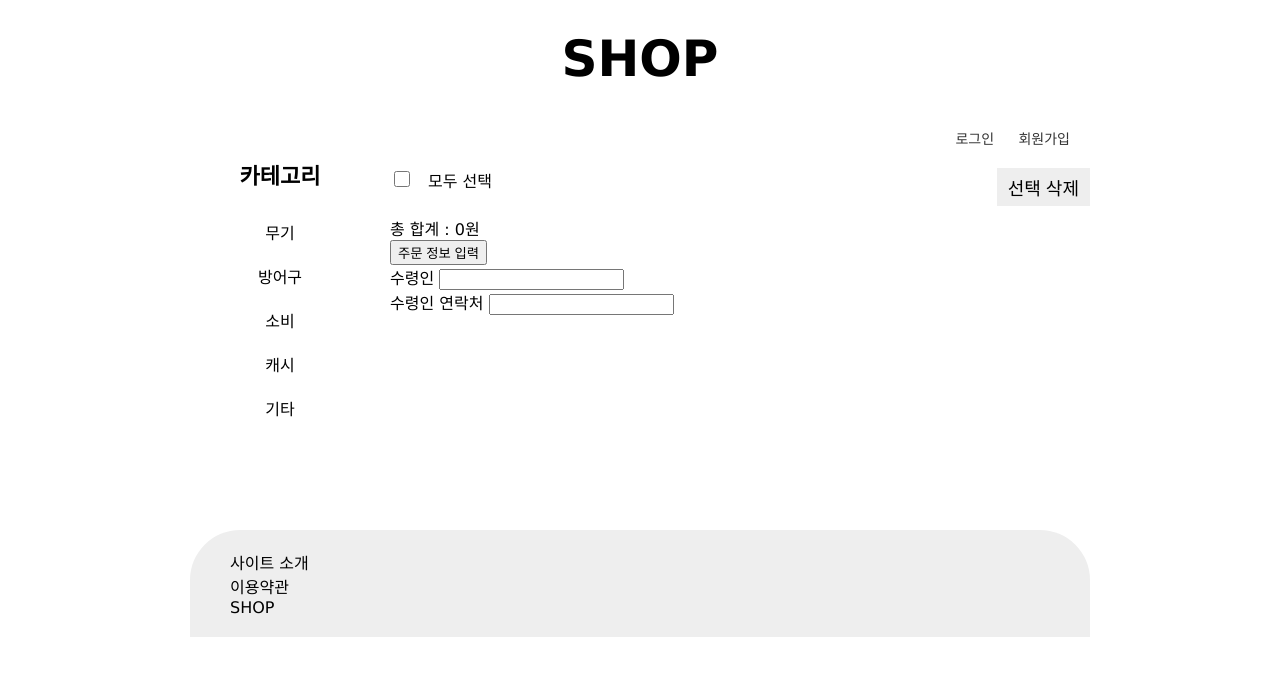
Repository: leesoonyong/shopping-mall
Page: http://localhost/shop/WEB-INF/views/shop/cartList.jsp
An editor plug-in stored every save of this project. The page is shown before and after the next save, followed by the edit.
The browser window is 1280 px wide. The pictures show the whole page.
The page is served by Tomcat 9. Nobody is signed in. Other server files are loaded and not shown. The template is opened directly, without the code that normally fills it, so the values that code supplies are empty.

Above is the page before, as saved 2020-09-15 03:02:16.

### shop/src/main/webapp/WEB-INF/views/shop/cartList.jsp
<%@ taglib uri="http://java.sun.com/jsp/jstl/core" prefix="c" %>
<%@ taglib prefix="fmt" uri="http://java.sun.com/jsp/jstl/fmt"%>
<%@ page language="java" contentType="text/html; charset=UTF-8" pageEncoding="UTF-8"%>
<!DOCTYPE html>
<html>
<head>
<meta charset="UTF-8">
<script src='https://code.jquery.com/jquery-3.3.1.min.js'></script>
<style>
body {
	margin: 0;
	padding: 0;
	font-family: '맑은 고딕', verdana;
}

a {
	color: #05f;
	text-decoration: none;
}

a:hover {
	text-decoration: underline;
}

h1, h2, h3, h4, h5, h6 {
	margin: 0;
	padding: 0;
}

ul, lo, li {
	margin: 0;
	padding: 0;
	list-style: none;
}

/* ---------- */
div#root {
	width: 900px;
	margin: 0 auto;
}

header#header {

}

nav#nav {

}

section#container {

}

section#content {
	float: right;
	width: 700px;
}

aside#aside {
	float: left;
	width: 180px;
}

section#container::after {
	content: "";
	display: block;
	clear: both;
}

footer#footer {
	background: #eee;
	padding: 20px;
}

/* ---------- */
header#header div#header_box {
	text-align: center;
	padding: 30px 0;
}

header#header div#header_box h1 {
	font-size: 50px;
}

header#header div#header_box h1 a {
	color: #000;
}

nav#nav div#nav_box {
	font-size: 14px;
	padding: 10px;
	text-align: right;
}

nav#nav div#nav_box li {
	display: inline-block;
	margin: 0 10px;
}

nav#nav div#nav_box li a {
	color: #333;
}

section#container {

}

aside#aside h3 {
	font-size: 22px;
	margin-bottom: 20px;
	text-align: center;
}

aside#aside li {
	font-size: 16px;
	text-align: center;
}

aside#aside li a {
	color: #000;
	display: block;
	padding: 10px 0;
}

aside#aside li a:hover {
	text-decoration: none;
	background: #eee;
}

footer#footer {
	margin-top: 100px;
	border-radius: 50px 50px 0 0;
}

footer#footer div#footer_box {
	padding: 0 20px;
}

aside#aside li {
	position: relative;
}

aside#aside li:hover {
	background: #eee;
}

aside#aside li>ul.low {
	display: none;
	position: absolute;
	top: 0;
	left: 180px;
}

aside#aside li:hover>ul.low {
	display: block;
}

aside#aside li:hover>ul.low li a {
	background: #eee;
	border: 1px solid #eee;
}

aside#aside li:hover>ul.low li a:hover {
	background: #fff;
}

aside#aside li>ul.low li {
	width: 180px;
}
/*
section#content ul li {
	display: inline-block;
	margin: 10px;
}

section#content div.goodsThumb img {
	width: 200px;
	height: 200px;
}

section#content div.goodsName {
	padding: 10px 0;
	text-align: center;
}

section#content div.goodsName a {
	color: #000;
}
*/
 section#content ul li { margin:10px 0; }
 section#content ul li img { width:250px; height:250px; }
 section#content ul li::after { content:""; display:block; clear:both; }
 section#content div.thumb { float:left; width:250px; }
 section#content div.gdsInfo { float:right; width:calc(100% - 270px); }
 section#content div.gdsInfo { font-size:20px; line-height:2; }
 section#content div.gdsInfo span { display:inline-block; width:100px; font-weight:bold; margin-right:10px; }
 section#content div.gdsInfo .delete { text-align:right; }
 section#content div.gdsInfo .delete button { font-size:22px;
            padding:5px 10px; border:1px solid #eee; background:#eee;}



.allCheck { float:left; width:200px; }
.allCheck input { width:16px; height:16px; }
.allCheck label { margin-left:10px; }
.delBtn { float:right;  text-align:right; }
.delBtn button { font-size:18px; padding:5px 10px; border:1px solid #eee; background:#eee;}

.checkBox { width:30px; }
.checkBox input { width:16px; height:16px; }

.listResult { padding:20px; background:#eee; }
.listResult .sum { float:left; width:45%; font-size:22px; }

.listResult .orderOpne { float:right; width:45%; text-align:right; }
.listResult .orderOpne button { font-size:18px; padding:5px 10px; border:1px solid #999; background:#fff;}
.listResult::after { content:""; display:block; clear:both; }

</style>
</head>
<body>
<div id="root">
	<header id="header">
		<div id="header_box">
			<%@ include file="../include/header.jsp" %>
		</div>
	</header>

	<nav id="nav">
		<div id="nav_box">
			<%@ include file="../include/nav.jsp" %>
		</div>
	</nav>

	<section id="container">
		<aside id="aside">
			<%@ include file="../include/aside.jsp" %>
		</aside>
		<div id="container_box">
			<section id="content">
					<ul>
						<li>
							<div class="allCheck">
								<input type="checkbox" name="allCheck" id="allCheck" />
								<label	for="allCheck">모두 선택</label>
								<script>
									$("#allCheck").click(function(){
										 var chk = $("#allCheck").prop("checked");
										 if(chk) {
										  $(".chBox").prop("checked", true);
										 } else {
										  $(".chBox").prop("checked", false);
										 }
									});
								</script>
							</div>

							<div class="delBtn">
								<button type="button" class="selectDelete_btn">선택 삭제</button>

								<script>
								$(".selectDelete_btn").click(function(){
									var confirm_val = confirm("정말 삭제하시겠습니까?");

									if(confirm_val){
										var checkArr = new Array();

										$("input[class='chBox']:checked").each(function(){
											checkArr.push($(this).attr("data-cartNum"));
										});

										$.ajax({
											url : "/shop/deleteCart",
											type : "post",
											data : {
												chbox : checkArr
											},
											success : function(result){
												if(result == 1){
													location.href = "/shop/cartList";
												}else{
													alert("삭제 실패");
												}
											}
										});
									}
								});



								</script>
							</div>

						</li>
						<c:set var="sum" value="0"/>
						<c:forEach items="${cartList}" var="cartList">
							<li>
								<div class="checkBox">
									<input type="checkbox" name="chBox" class="chBox" data-cartNum="${cartList.cartNum}" />
									<script>
										$(".chBox").click(function(){
											$("#allCheck").prop("checked", false);
										});
									</script>
								</div>

								<div class="thumb">
									<img src="${cartList.gdsThumbImg}" />
								</div>
								<div class="gdsInfo">
									<p>
										<span>상품명</span>${cartList.gdsName}<br />
										<span>개당 가격</span>
										<fmt:formatNumber pattern="###,###,###" value="${cartList.gdsPrice}"/> 원<br />
										<span>구입 수량</span>${cartList.cartStock} 개<br />
										<span>최종가격</span>
										<fmt:formatNumber pattern="###,###,###" value="${cartList.gdsPrice * cartList.cartStock}" /> 원
									</p>

									<div class="delete">
										<button type="button" class="delete_${cartList.cartNum}_btn" data-cartNum="${cartList.cartNum}">삭제</button>
										<script>
											$(".delete_${cartList.cartNum}_btn").click(function(){
												var confirm_val = confirm("정말 삭제하시겠습니까?");

												if(confirm_val){
													var checkArr = new Array();

													checkArr.push($(this).attr("data-cartNum"));


													$.ajax({
														url : "/shop/deleteCart",
														type : "post",
														data : {
															chbox : checkArr
														},
														success : function(result){
															if(result == 1){
																location.href = "/shop/cartList";
															}else{
																alert("삭제 실패");
															}
														}
													});
												}
											});
										</script>
									</div>
								</div>
							</li>
						<c:set var="sum" value="${sum + (cartList.gdsPrice * cartList.cartStock)}"/>
						</c:forEach>
					</ul>
					<div class="listReulst">
						<div class="sum">
							총 합계 : <fmt:formatNumber pattern="###,###,###" value="${sum}"/>원
						</div>
						<div class="orderOpne">
							<button type="button" class="orderOpne_bnt">주문 정보 입력</button>
						</div>
					</div>
					<div class="orderInfo">
						<form method="post">
							<input type="hidden" name="amount" value="${sum}"/>

							<div class="inputArea">
								<label for="">수령인</label>
								<input type="text" name="orderRec" id="orderRec" required="required"/>
							</div>

							<div class="inputArea">
								<label for="orderPhon">수령인 연락처</label>
								<input type="text" name="orderRec" id="orderRec" required="required"/>
							</div>
						</form>

					</div>
				</section>
		</div>
	</section>

	<footer id="footer">
		<div id="footer_box">
			<%@ include file="../include/footer.jsp" %>
		</div>
	</footer>
</div>
</body>
</html>

### shop/src/main/webapp/WEB-INF/views/include/header.jsp
<%@ taglib uri="http://java.sun.com/jsp/jstl/core" prefix="c" %>
<%@ page language="java" contentType="text/html; charset=UTF-8" pageEncoding="UTF-8"%>
<h1 class="title">
	<a href="/">SHOP</a>
</h1>

### shop/src/main/webapp/WEB-INF/views/include/nav.jsp
<%@ taglib uri="http://java.sun.com/jsp/jstl/core" prefix="c" %>
<%@ page language="java" contentType="text/html; charset=UTF-8" pageEncoding="UTF-8"%>
<ul>
<c:if test="${member == null}">
	<li>
		<a href="/member/signIn">로그인</a>
	</li>
	<li>
		<a href="/member/signUp">회원가입</a>
	</li>
</c:if>
<c:if test="${member != null}">
	<c:if test="${member.verify == 9}">
	<li>
		<a href="/admin/index">관리자 화면</a>
	</li>
	</c:if>
	<li>
		${member.userName}님 환영합니다.
	</li>
	<li>
		<a href="/shop/cartList">카트 리스트</a>
	</li>
	<li>
		<a href="/member/signOut">로그아웃</a>
	</li>
</c:if>
</ul>

### shop/src/main/webapp/WEB-INF/views/include/aside.jsp
<%@ taglib uri="http://java.sun.com/jsp/jstl/core" prefix="c" %>
<%@ page language="java" contentType="text/html; charset=UTF-8" pageEncoding="UTF-8"%>

<h3>카테고리</h3>
<ul>
	<li><a href="/shop/list?c=100&l=1">무기</a>
		<ul class="low">
			<li><a href="/shop/list?c=101&l=2">아케인셰이드</a></li>
			<li><a href="/shop/list?c=102&l=2">앱솔랩스</a></li>
			<li><a href="/shop/list?c=103&l=2">파프니르</a></li>
			<li><a href="/shop/list?c=104&l=2">펜살리르</a></li>
			<li><a href="/shop/list?c=105&l=2">무스펠</a></li>
			<li><a href="/shop/list?c=106&l=2">네크로</a></li>
		</ul>
	</li>
	<li><a href="/shop/list?c=200&l=1">방어구</a>
		<ul class="low">
			<li><a href="/shop/list?c=201&l=2">아케인셰이드</a></li>
			<li><a href="/shop/list?c=202&l=2">앱솔랩스</a></li>
			<li><a href="/shop/list?c=203&l=2">파프니르</a></li>
			<li><a href="/shop/list?c=204&l=2">펜살리르</a></li>
			<li><a href="/shop/list?c=205&l=2">무스펠</a></li>
			<li><a href="/shop/list?c=206&l=2">네크로</a></li>
		</ul>
	</li>
	<li><a href="/shop/list?c=300&l=1">소비</a>
		<ul class="low">
			<li><a href="/shop/list?c=301&l=2">회복 아이템</a></li>
			<li><a href="/shop/list?c=302&l=2">연금술 아이템</a></li>
			<li><a href="/shop/list?c=303&l=2">주문서</a></li>
			<li><a href="/shop/list?c=304&l=2">스킬북</a></li>
			<li><a href="/shop/list?c=305&l=2">기타</a></li>
		</ul>
	</li>
	<li><a href="/shop/list?c=400&l=1">캐시</a>
		<ul class="low">
			<li><a href="/shop/list?c=401&l=2">강화</a></li>
			<li><a href="/shop/list?c=402&l=2">게임</a></li>
			<li><a href="/shop/list?c=403&l=2">코디</a></li>
			<li><a href="/shop/list?c=404&l=2">뷰티</a></li>
			<li><a href="/shop/list?c=405&l=2">펫</a></li>
			<li><a href="/shop/list?c=406&l=2">기타</a></li>
		</ul>

	</li>
	<li><a href="/shop/list?c=500&l=1">기타</a>
		<ul class="low">
			<li><a href="/shop/list?c=501&l=2">의자</a></li>
			<li><a href="/shop/list?c=502&l=2">전문기술</a></li>
		</ul>
	</li>
</ul>

### shop/src/main/webapp/WEB-INF/views/include/footer.jsp
<%@ taglib uri="http://java.sun.com/jsp/jstl/core" prefix="c" %>
<%@ page language="java" contentType="text/html; charset=UTF-8" pageEncoding="UTF-8"%>
<ul>
	<li>사이트 소개</li>
	<li>이용약관</li>
	<li>SHOP</li>
</ul>

After the next save:
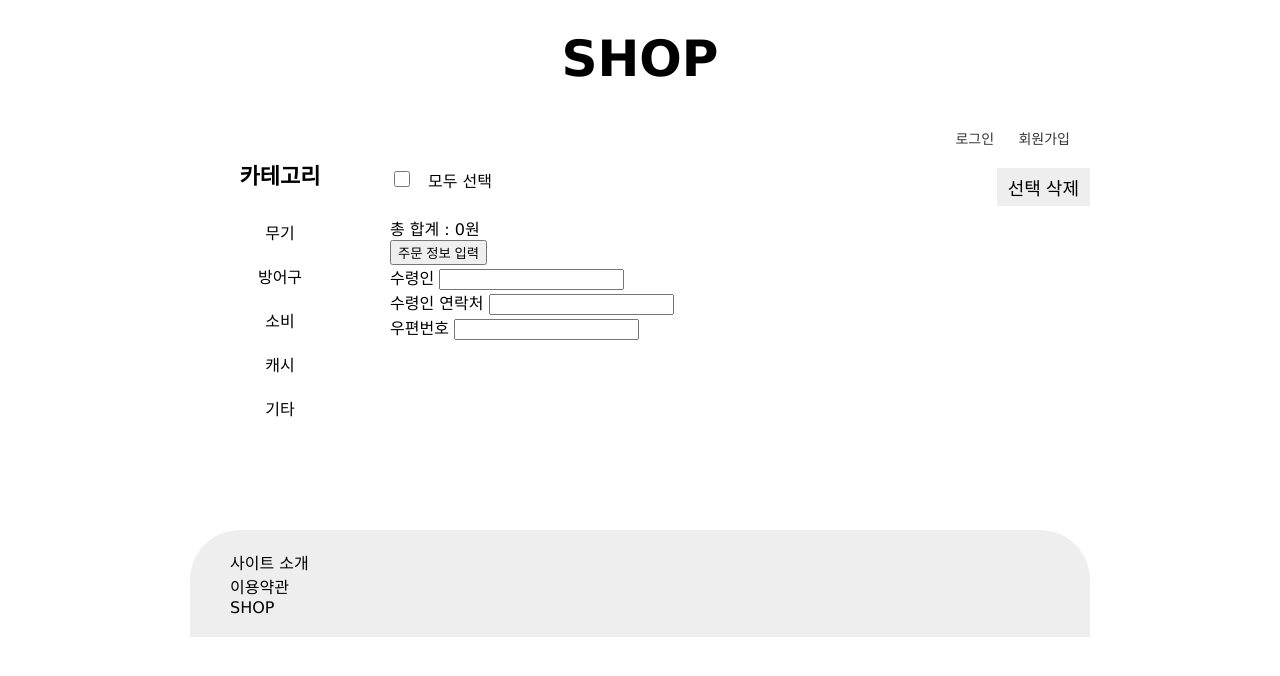
Saved 2 min 13 s later.
--- a/shop/src/main/webapp/WEB-INF/views/shop/cartList.jsp
+++ b/shop/src/main/webapp/WEB-INF/views/shop/cartList.jsp
@@ -373,6 +373,11 @@ section#content div.goodsName a {
 								<label for="orderPhon">수령인 연락처</label>
 								<input type="text" name="orderRec" id="orderRec" required="required"/>
 							</div>
+
+							<div class="inputArea">
+								<label for="userAddr">우편번호</label>
+								<input type="text" name="orderRec" id="orderRec" required="required"/>
+							</div>
 						</form>
 
 					</div>
